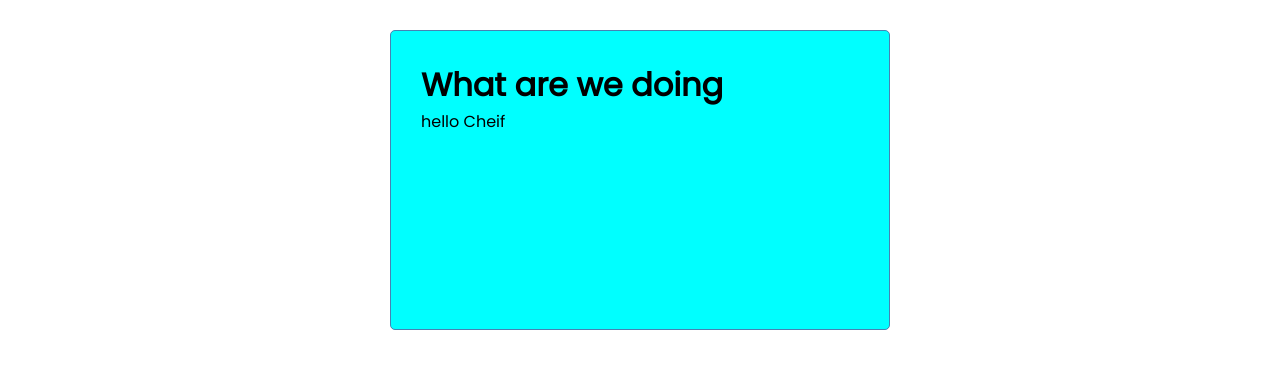
Repository: Jeffkw213/Learning_react
Page: / (app in myapp/)
These files come from the project's save history. The page is drawn as it stood at one moment and after a run of saves; the edit follows.
The browser window is 1280 px wide. The pictures show the whole page.
The project was rebuilt for these pictures with package versions that can differ from the ones it lists, and the page was loaded fresh each time.

Above is the page before, as saved 2021-04-28 11:45:21.

After the next 8 saves:
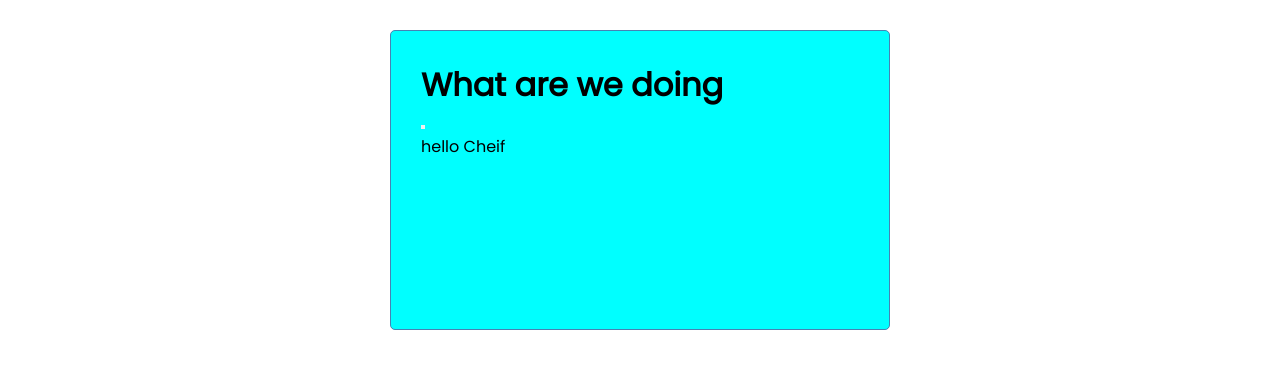
The 8 saves are shown as one change because 2 did not build or start and some came seconds apart.
The last was saved 65 s later.
--- a/myapp/src/App.js
+++ b/myapp/src/App.js
@@ -1,5 +1,6 @@
 import Header from './Components/header'
 import Body from './Components/body'
+import Button from './Components/button'
 function App() {
   // const name = 'jeff'
   return (
@@ -9,6 +10,7 @@ function App() {
     // </div>
     <div className='container'>
       <Header />
+      <Button />
       <Body />
     </div>
   );
--- a/myapp/src/Components/button.js
+++ b/myapp/src/Components/button.js
@@ -8,7 +8,7 @@ const button = ({name}) => {
     )
 }
 
-name.defultProps = {
+button.defultProps = {
     name: "button"
 }
 
